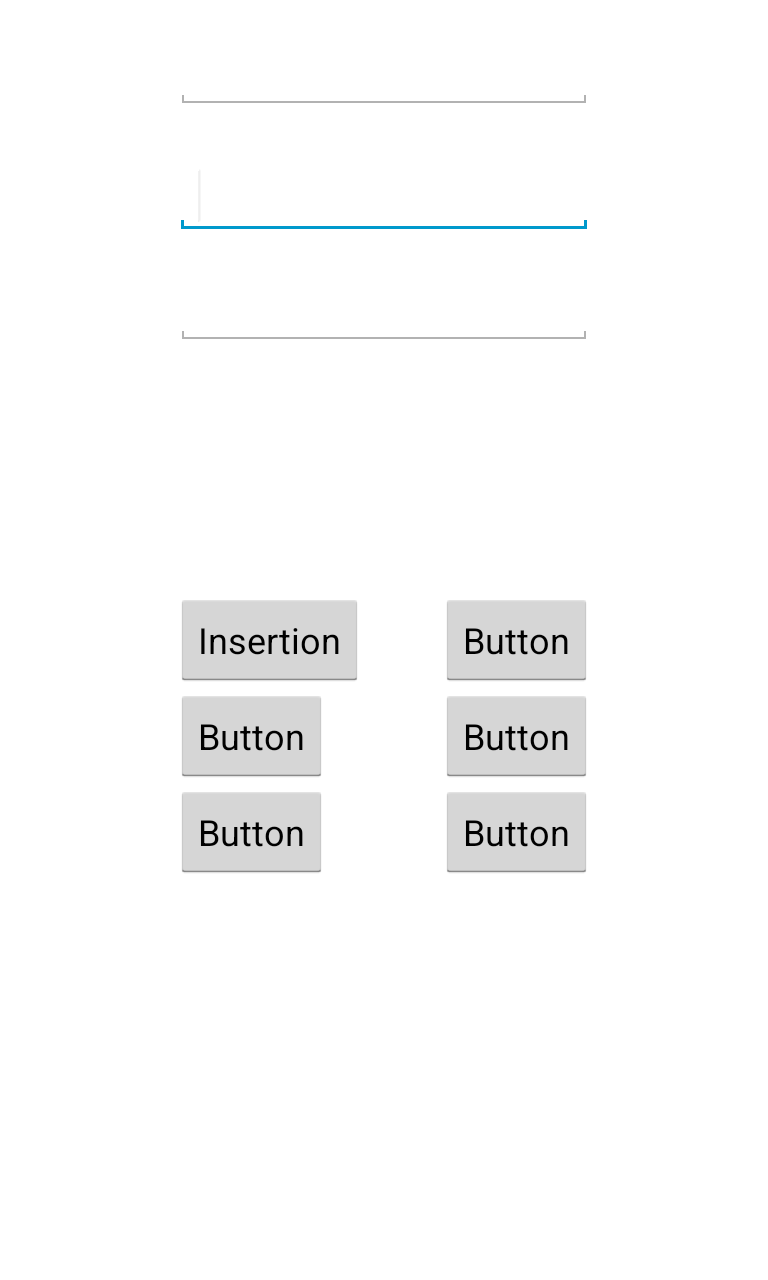
Repository: amittttt/Android-HP
Layout: Sqllite/res/layout/activity_main.xml
An editor plug-in stored every save of this project. The layout is shown before and after the next save, followed by the edit.
It is drawn on a 768 x 1280 px phone screen (xhdpi) without system bars, with theme AppTheme; the app's code is not run.

Above is the layout before, as saved 2016-05-13 04:34:02.

### Sqllite/res/layout/activity_main.xml
<RelativeLayout xmlns:android="http://schemas.android.com/apk/res/android"
    xmlns:tools="http://schemas.android.com/tools"
    android:layout_width="match_parent"
    android:layout_height="match_parent"
    android:paddingBottom="@dimen/activity_vertical_margin"
    android:paddingLeft="@dimen/activity_horizontal_margin"
    android:paddingRight="@dimen/activity_horizontal_margin"
    android:paddingTop="@dimen/activity_vertical_margin"
    tools:context=".MainActivity" >

    <EditText
        android:id="@+id/editText1"
        android:layout_width="wrap_content"
        android:layout_height="wrap_content"
        android:layout_alignParentTop="true"
        android:layout_centerHorizontal="true"
        android:ems="10" />

    <EditText
        android:id="@+id/editText2"
        android:layout_width="wrap_content"
        android:layout_height="wrap_content"
        android:layout_below="@+id/editText1"
        android:layout_centerHorizontal="true"
        android:layout_marginTop="23dp"
        android:ems="10" >

        <requestFocus />
    </EditText>

    <EditText
        android:id="@+id/editText3"
        android:layout_width="wrap_content"
        android:layout_height="wrap_content"
        android:layout_alignLeft="@+id/editText2"
        android:layout_below="@+id/editText2"
        android:layout_marginTop="16dp"
        android:ems="10" />

    <Button
        android:id="@+id/button1"
        android:layout_width="wrap_content"
        android:layout_height="wrap_content"
        android:layout_alignLeft="@+id/editText3"
        android:layout_centerVertical="true"
        android:text="Insertion" />

    <Button
        android:id="@+id/button2"
        android:layout_width="wrap_content"
        android:layout_height="wrap_content"
        android:layout_alignLeft="@+id/button1"
        android:layout_below="@+id/button1"
        android:text="Button" />

    <Button
        android:id="@+id/button4"
        android:layout_width="wrap_content"
        android:layout_height="wrap_content"
        android:layout_alignBaseline="@+id/button1"
        android:layout_alignBottom="@+id/button1"
        android:layout_alignRight="@+id/editText3"
        android:text="Button" />

    <Button
        android:id="@+id/button5"
        android:layout_width="wrap_content"
        android:layout_height="wrap_content"
        android:layout_alignBaseline="@+id/button2"
        android:layout_alignBottom="@+id/button2"
        android:layout_alignRight="@+id/button4"
        android:text="Button" />

    <Button
        android:id="@+id/button6"
        android:layout_width="wrap_content"
        android:layout_height="wrap_content"
        android:layout_alignBaseline="@+id/button3"
        android:layout_alignBottom="@+id/button3"
        android:layout_alignRight="@+id/button5"
        android:text="Button" />

    <Button
        android:id="@+id/button3"
        android:layout_width="wrap_content"
        android:layout_height="wrap_content"
        android:layout_alignLeft="@+id/button2"
        android:layout_below="@+id/button2"
        android:text="Button" />

</RelativeLayout>

Loaded but not shown: Sqllite/res/values/styles.xml (common file); Sqllite/res/values-v11/styles.xml (common file); Sqllite/res/values-v14/styles.xml (common file); Sqllite/res/values/dimens.xml (common file)

After the next save:
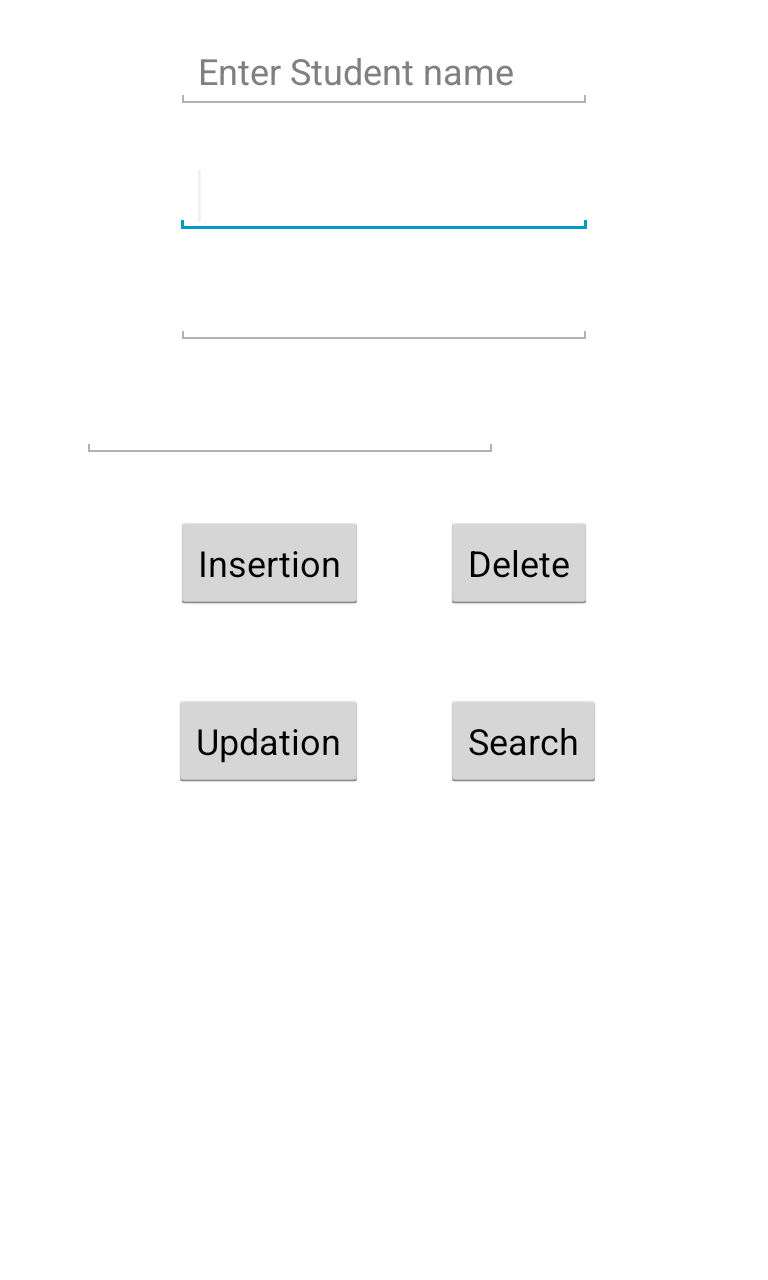
Saved 117 s later.
--- a/Sqllite/res/layout/activity_main.xml
+++ b/Sqllite/res/layout/activity_main.xml
@@ -14,7 +14,9 @@
         android:layout_height="wrap_content"
         android:layout_alignParentTop="true"
         android:layout_centerHorizontal="true"
-        android:ems="10" />
+        android:ems="10"
+        android:hint="Enter Student name "
+        />
 
     <EditText
         android:id="@+id/editText2"
@@ -38,29 +40,41 @@
         android:ems="10" />
 
     <Button
+        android:id="@+id/button2"
+        android:layout_width="wrap_content"
+        android:layout_height="wrap_content"
+        android:layout_alignRight="@+id/button1"
+        android:layout_below="@+id/button1"
+        android:layout_marginTop="41dp"
+        android:text="Updation" />
+
+    <Button
         android:id="@+id/button1"
         android:layout_width="wrap_content"
         android:layout_height="wrap_content"
         android:layout_alignLeft="@+id/editText3"
-        android:layout_centerVertical="true"
+        android:layout_below="@+id/editText3"
+        android:layout_marginTop="84dp"
         android:text="Insertion" />
 
-    <Button
-        android:id="@+id/button2"
+    <EditText
+        android:id="@+id/editText4"
         android:layout_width="wrap_content"
         android:layout_height="wrap_content"
-        android:layout_alignLeft="@+id/button1"
-        android:layout_below="@+id/button1"
-        android:text="Button" />
+        android:layout_alignParentLeft="true"
+        android:layout_below="@+id/editText3"
+        android:layout_marginLeft="24dp"
+        android:layout_marginTop="17dp"
+        android:ems="10"
+        android:inputType="phone" />
 
     <Button
         android:id="@+id/button4"
         android:layout_width="wrap_content"
         android:layout_height="wrap_content"
-        android:layout_alignBaseline="@+id/button1"
-        android:layout_alignBottom="@+id/button1"
+        android:layout_above="@+id/button2"
         android:layout_alignRight="@+id/editText3"
-        android:text="Button" />
+        android:text="Delete" />
 
     <Button
         android:id="@+id/button5"
@@ -68,24 +82,7 @@
         android:layout_height="wrap_content"
         android:layout_alignBaseline="@+id/button2"
         android:layout_alignBottom="@+id/button2"
-        android:layout_alignRight="@+id/button4"
-        android:text="Button" />
-
-    <Button
-        android:id="@+id/button6"
-        android:layout_width="wrap_content"
-        android:layout_height="wrap_content"
-        android:layout_alignBaseline="@+id/button3"
-        android:layout_alignBottom="@+id/button3"
-        android:layout_alignRight="@+id/button5"
-        android:text="Button" />
-
-    <Button
-        android:id="@+id/button3"
-        android:layout_width="wrap_content"
-        android:layout_height="wrap_content"
-        android:layout_alignLeft="@+id/button2"
-        android:layout_below="@+id/button2"
-        android:text="Button" />
+        android:layout_alignLeft="@+id/button4"
+        android:text="Search" />
 
 </RelativeLayout>
